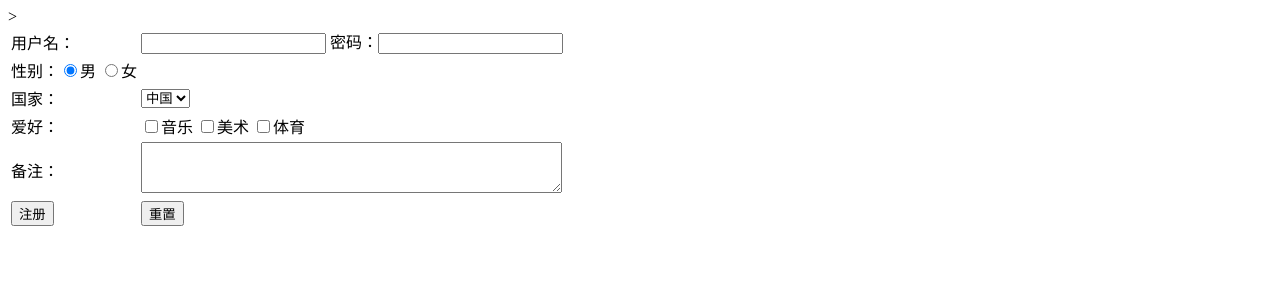
Repository: Lansefanggezi/JavaWeb
Page: HelloServlet/WebContent/Register.html
An editor plug-in stored every save of this project. The page is shown before and after the next save, followed by the edit.
The browser window is 1280 px wide. The pictures show the whole page.

Above is the page before, as saved 2018-03-29 08:41:42.

After the next save:
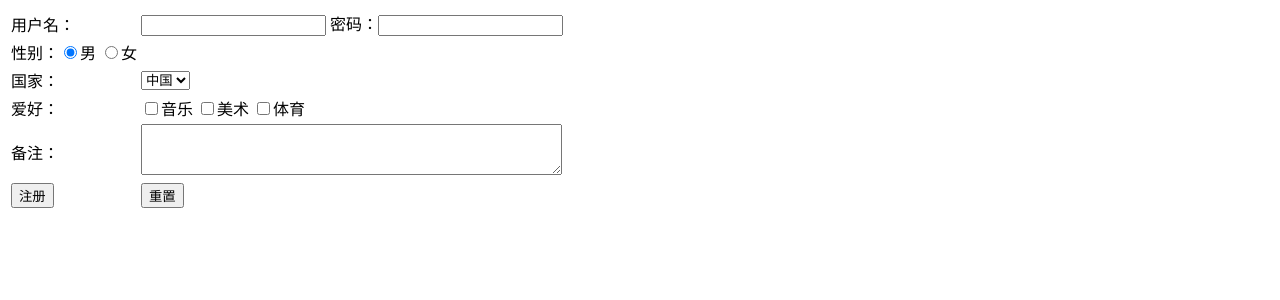
Saved 18 s later.
--- a/HelloServlet/WebContent/Register.html
+++ b/HelloServlet/WebContent/Register.html
@@ -28,7 +28,7 @@
 				<option value="riben">日本</option>
 				<option value="chaoxian">朝鲜</option>
 			</select>
-		</td>>
+		</td>
 		</tr>
 		<tr><td>爱好：</td>
 		<td> <input type="checkbox" name="likes" value="音乐">音乐
